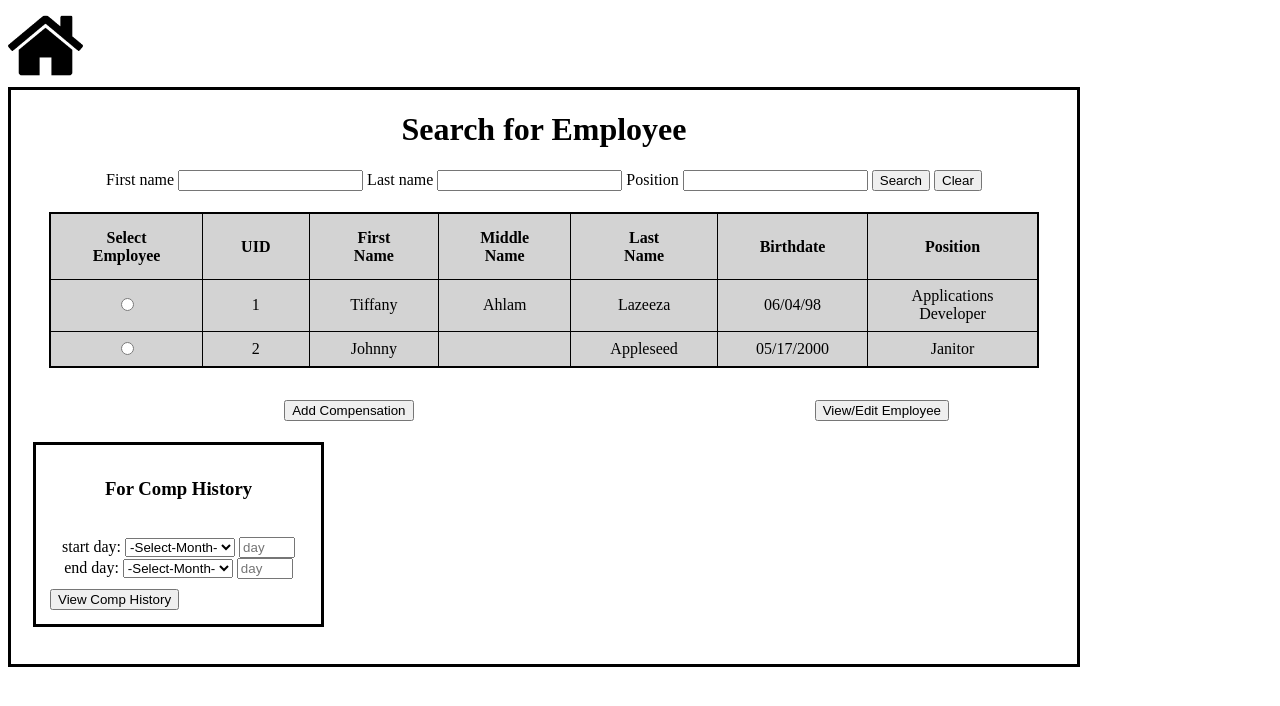
Repository: ticross18/SpringBootEmployeeSystem
Page: EmploymentSystem/src/main/resources/static/searchEmp.html
The author's editor kept a copy of each file at every save. The page is drawn from the files as they stood at one save, then again after the next save.
The browser window is 1280 px wide. The pictures show the whole page.

Above is the page before, as saved 2022-05-17 18:11:36.

### EmploymentSystem/src/main/resources/static/searchEmp.html
<!DOCTYPE html>
<html>
<head>
	<title>Search for Employee</title>
	<meta charset="UTF-8">
	<meta name="viewport" content="width=device-width, initial-scale=1.0">
	<link href="css/screens.css" rel="stylesheet" type="text/css">
</head>
<body>

<a href="/"><img src="images/homeIcon2.png" id="homeButton" alt="home button"></a>

<div id="SearchEmpBox" >
	<h1 id="title">Search for Employee</h1>

	<form>
		<label for="fname">First name </label>
		<input type="text" id="fname" name="fname">
		<label for="lname">Last name  </label>
		<input type="text" id="lname" name="lname">
		<label for="position">Position</label>
		<input type="text" id="position" name="position">
		<button type="button" name ="search">Search</button>
		<button type="clear" name ="clear">Clear</button>
	</form>

	<table border=1  rules=rows id="results" >
		<tr>
			<th>Select Employee</th>
			<th>UID</th>
			<th>First Name</th>
			<th>Middle Name</th>
			<th>Last Name</th>
			<th>Birthdate</th>
			<th>Position</th>
		</tr>
		 <tr class="entries">
			<td><input type="radio" name="edit" class="editEmp"/></td>
			<td>1</td>
			<td>Tiffany</td>
			<td>Ahlam</td>
			<td>Lazeeza</td>
			<td>06/04/98</td>
			<td>Applications Developer</td>
		</tr>
		 <tr class="entries">
			<td><input type="radio" name="edit" class="editEmp"/></td>
			<td>2</td>
			<td>Johnny</td>
			<td></td>
			<td>Appleseed</td>
			<td>05/17/2000</td>
			<td>Janitor</td>
		</tr>

	</table>

     <button type="button" class="optionButtons" onclick="location.href = '#';"  id="addEmp" > Add Compensation </button>

     <button type="button" class="optionButtons" onclick="location.href = '#';" style="float:right;" id="viewEditEmp"> View/Edit Employee </button>

	<div id="dateRange">
		<h3>For Comp History</h3><br>

		<label >start day:</label>
		    <select class='monthDropDown'>
			    <option selected value=''>-Select-Month-</option>
			    <option value='1'>January</option>
			    <option value='2'>February</option>
			    <option value='3'>March</option>
			    <option value='4'>April</option>
			    <option value='5'>May</option>
			    <option value='6'>June</option>
			    <option value='7'>July</option>
			    <option value='8'>August</option>
			    <option value='9'>September</option>
			    <option value='10'>October</option>
			    <option value='11'>November</option>
			    <option value='12'>December</option>
		    </select>
		    <input type="number"min="0" max="31" placeholder="day"/>

		    <br>

		<label>end day:</label>
		<select class='monthDropDown'>
		    <option selected value=''>-Select-Month-</option>
		    <option value='1'>January</option>
		    <option value='2'>February</option>
		    <option value='3'>March</option>
		    <option value='4'>April</option>
		    <option value='5'>May</option>
		    <option value='6'>June</option>
		    <option value='7'>July</option>
		    <option value='8'>August</option>
		    <option value='9'>September</option>
		    <option value='10'>October</option>
		    <option value='11'>November</option>
		    <option value='12'>December</option>
	    </select>
	    <input type="number"min="0" max="31" placeholder="day"/>
	     <br><button type="button" class="optionButtons" onclick="location.href = '#';" id="compHistory" > View Comp History </button>

	</div>


</div>
</body>
</html>

### EmploymentSystem/src/main/resources/static/css/screens.css
.container {
   display: flex;

}

#homeButton{
	width:75px;
	height:75px;
	position: relative;
}

.asterisk{
	color: red;
}

#addEmpBox {
	padding-left: 40vw;
	border: 3px solid rgb(0, 0, 0);
	padding-bottom: 15px;
}

#addEmpBox input {
	margin-bottom: 15px;
	padding: 2px;
}

#SearchEmpBox {
	border: 3px solid rgb(0, 0, 0);
	padding-bottom: 15px;
	margin-right: 15vw;
	text-align: center;
}

#userInput {
	display:inline-table;
}

#results {
	border: 2px solid black;
	margin: 10px;
	background-color: lightgrey;
	border-collapse: collapse;
	margin:  3vh 3vw;
}

#results th {
	padding: 2vh 3vw;
	border-left: 1px solid #000;
    border-right: 1px solid #000;
}

#results td {
	padding: 1vh 3vw ;
	border-left: 1px solid #000;
    border-right: 1px solid #000;

}

#finalEdit{
	text-align: left;
	position: left;
}

button.optionButtons {
	margin-top: 10px;
	margin-right: 10vw;
}

button.optionButtons:active {
  box-shadow: 0 5px #666;
  transform: translateY(4px);
}

button.optionButtons:hover {
  background-color: rgb(255, 255, 128);
  cursor: pointer;
}

#dateRange {
	border: 3px solid rgb(0, 0, 0);
	width:fit-content;
	margin: 3vh;
	padding: 2vh;
}



.monthDropDown {
	width:110px;
}


tr.entries:hover {
  background-color: white;
  cursor: pointer;
}

After the next save:
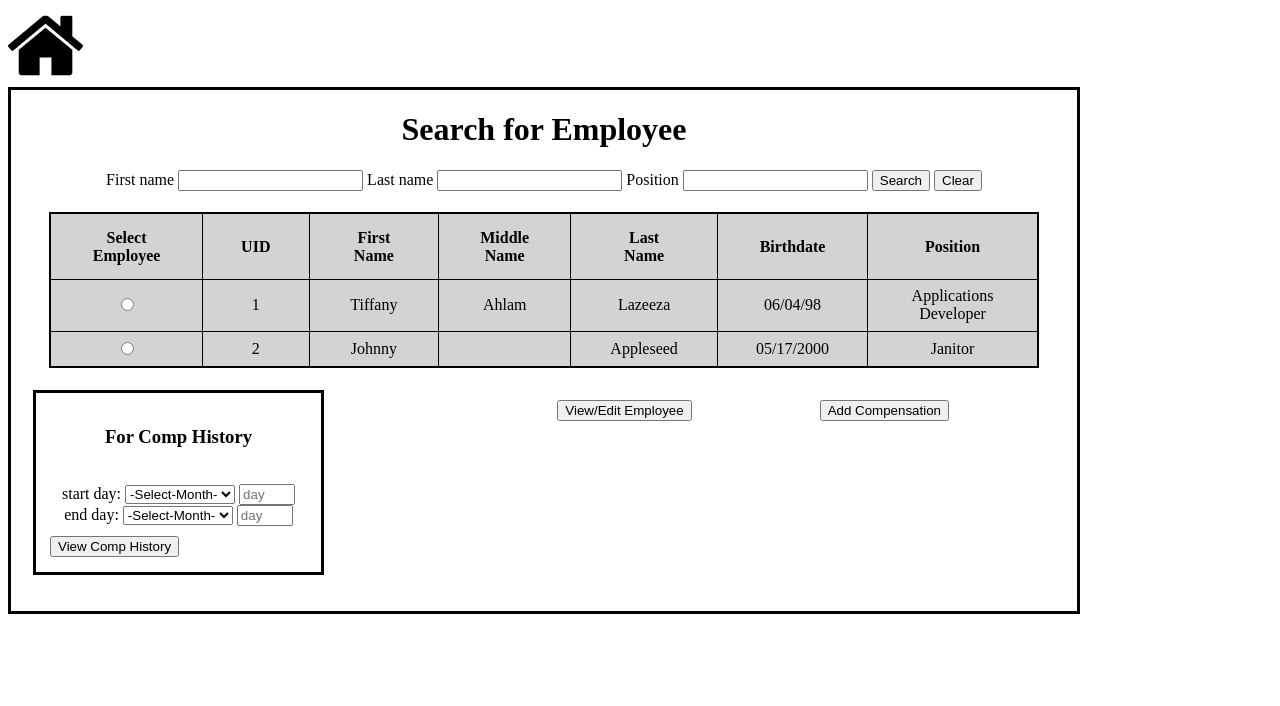
Saved 8 s later.
--- a/EmploymentSystem/src/main/resources/static/searchEmp.html
+++ b/EmploymentSystem/src/main/resources/static/searchEmp.html
@@ -55,7 +55,7 @@
 
 	</table>
 
-     <button type="button" class="optionButtons" onclick="location.href = '#';"  id="addEmp" > Add Compensation </button>
+     <button type="button" class="optionButtons" onclick="location.href = '#';" style="float:right;" id="addEmp" > Add Compensation </button>
 
      <button type="button" class="optionButtons" onclick="location.href = '#';" style="float:right;" id="viewEditEmp"> View/Edit Employee </button>
 
